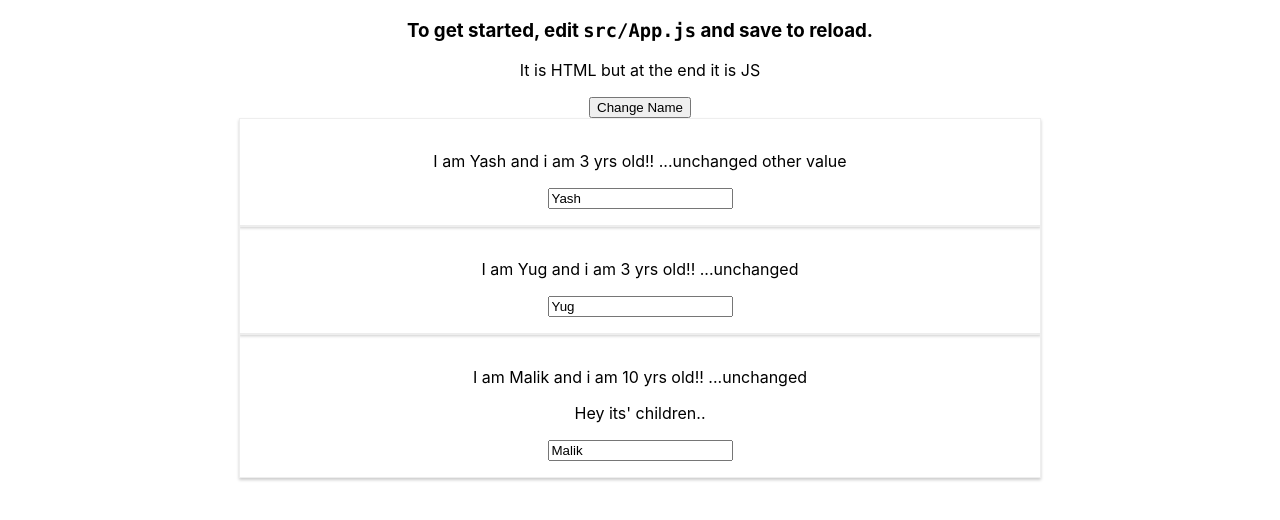
Repository: RohitMalik2/Rohit_react
Page: /
An editor plug-in stored every save of this project. The page is shown before and after the next save, followed by the edit.
The browser window is 1280 px wide. The pictures show the whole page.
The project was rebuilt for these pictures with package versions that can differ from the ones it lists, and the page was loaded fresh each time.

Above is the page before, as saved 2019-11-06 22:50:45.

### src/App.js
import React, { useState } from 'react';
import './App.css';
import Person from './Person/Person';

const app = (props) => {

  const [personsState, setPersonsState] = useState({
    persons: [
      { name: 'Yash', age: 3 },
      { name: 'Yug', age: 3 }
    ],
    otherState: 'other value'
  });

  const [otherState, setOtherState] = useState('other value');
  console.log(personsState, otherState)

  const changeNameHandler = (newName) => {
    console.log('name changed');
    setPersonsState({
      persons: [
        { name: newName, age: 3 },
        { name: 'Yug', age: 3 }
      ]/* ,
      otherState: personsState.otherState */
    });
  }

  const inputHandler = (event) => {
    setPersonsState({
      persons: [
        { name: event.target.value, age: 3 },
        { name: 'Yug', age: 3 }
      ]/* ,
      otherState: personsState.otherState */
    });
  }

  return (
    <div className="App">
      <h3>
        To get started, edit <code>src/App.js</code> and save to reload.
        </h3>
      <p> It is HTML but at the end it is JS</p>
      <button onClick={changeNameHandler.bind(this, 'Malik')}>Change Name</button>
      <Person changed={inputHandler} click={changeNameHandler.bind(this, 'Rohit')} name={personsState.persons[0].name} age={personsState.persons[0].age} other={personsState.otherState} />
      <Person name={personsState.persons[1].name} age={personsState.persons[1].age} />
      <Person name="Malik" age="10">Hey its' children..</Person>
    </div>
  );
  /* return React.createElement('div', {className: 'App'}, React.createElement('h1', null, "Hey whts..up")); */
}

export default app;

/* state = {
  persons: [
    { name: 'Yash', age: 3 },
    { name: 'Yug', age: 3 }
  ],
  otherState: 'other value'
}

changeNameHandler = () => {
  console.log('name changed');
  this.setState({
   persons: [
      { name: 'Joravar', age: 3 },
      { name: 'Yug', age: 3 }
    ]
  });
} */

### src/Person/Person.js
import React from 'react'; // We need to import react bcz below JSX is converted
// to React element by React only
import './Person.css';

const person = (props) => {
    return (
       <div className='Person'>
       <p onClick={props.click}>I am {props.name}  and i am {props.age} yrs old!! ...unchanged {props.other}</p>
        <p>{props.children}</p>
        <input type='text' onChange={props.changed} value={props.name}/>
       </div>
    );
}
export default person;

Loaded but not shown: public/index.html (common file); src/index.js (common file); src/index.css (common file); src/serviceWorker.js (common file); src/App.css (common file); src/Person/Person.css (common file)

After the next save:
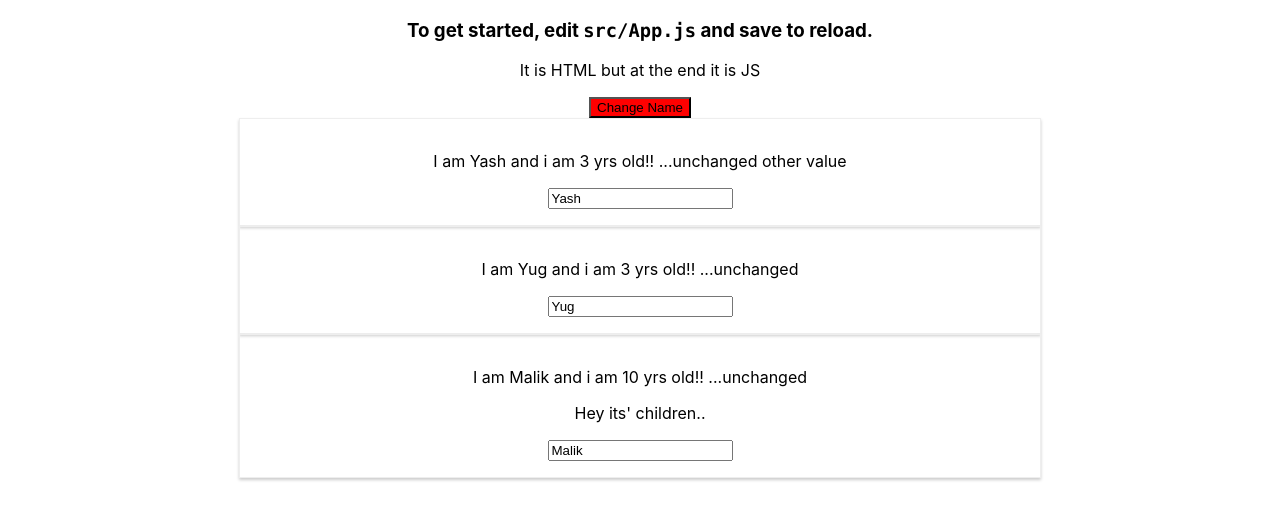
Saved 14 min 56 s later.
--- a/src/App.js
+++ b/src/App.js
@@ -36,13 +36,16 @@ const app = (props) => {
     });
   }
 
+  const style = {
+    backgroundColor: 'red'
+  }
   return (
     <div className="App">
       <h3>
         To get started, edit <code>src/App.js</code> and save to reload.
         </h3>
       <p> It is HTML but at the end it is JS</p>
-      <button onClick={changeNameHandler.bind(this, 'Malik')}>Change Name</button>
+      <button style={style} onClick={changeNameHandler.bind(this, 'Malik')}>Change Name</button>
       <Person changed={inputHandler} click={changeNameHandler.bind(this, 'Rohit')} name={personsState.persons[0].name} age={personsState.persons[0].age} other={personsState.otherState} />
       <Person name={personsState.persons[1].name} age={personsState.persons[1].age} />
       <Person name="Malik" age="10">Hey its' children..</Person>
